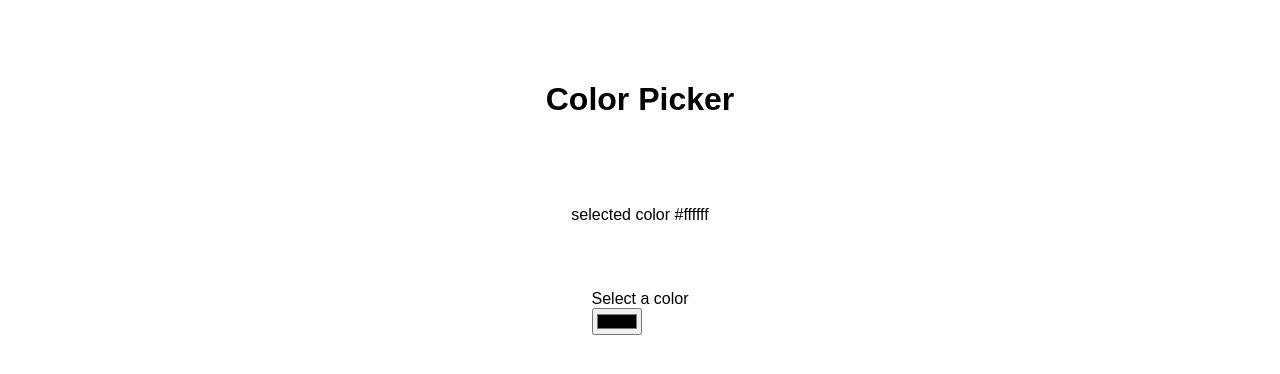
Repository: wakoya-tech/color-picker
Page: /
The author's editor kept a copy of each file at every save. The page is drawn from the files as they stood at one save, then again after the next save.
The browser window is 1280 px wide. The pictures show the whole page.
The project was rebuilt for these pictures with package versions that can differ from the ones it lists, and the page was loaded fresh each time. Also part of the build but not shown: vite.config.js, src/index.css.

Above is the page before, as saved 2025-10-16 20:52:02.

After the next save:
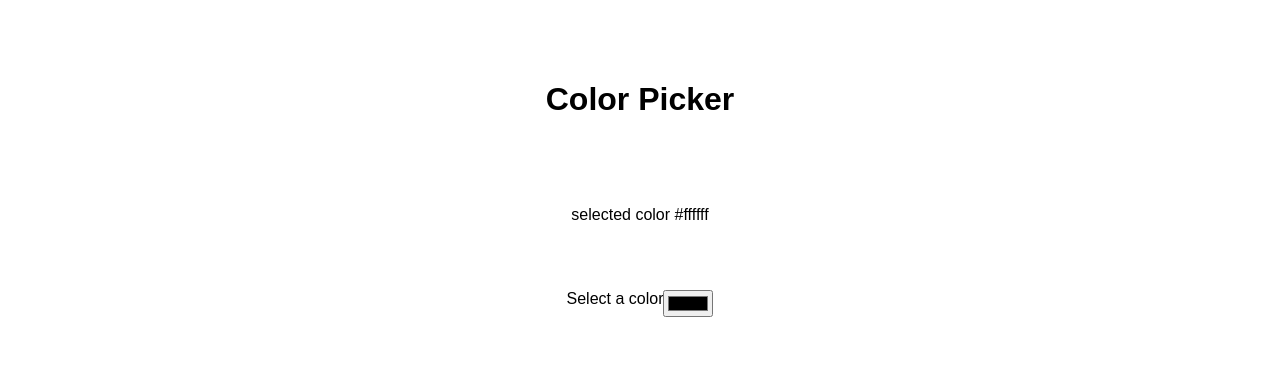
Saved 23 s later.
--- a/src/App.css
+++ b/src/App.css
@@ -19,3 +19,6 @@ align-content: center;
   border-radius: 25px;
   margin: 20px;
 }
+.yoom{
+  display: flex;
+}
